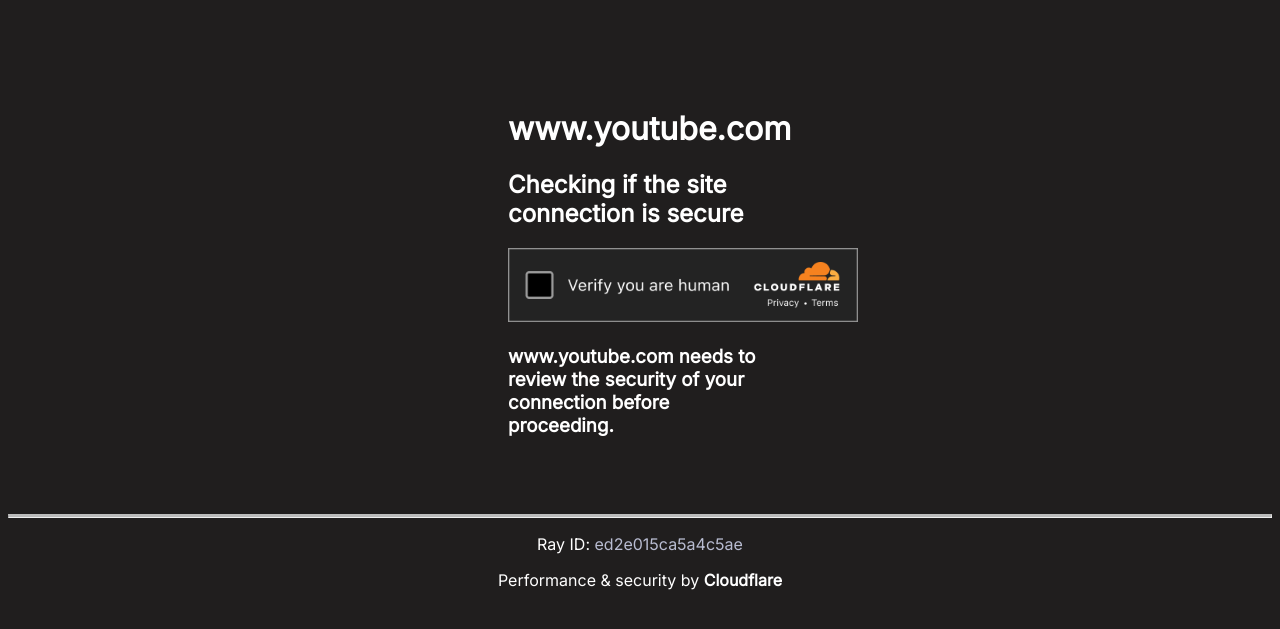
Repository: estech321/CAPTCHA-RickRoll
Page: index.html
An editor plug-in stored every save of this project. The page is shown before and after the next save, followed by the edit.
The browser window is 1280 px wide. The pictures show the whole page.

Above is the page before, as saved 2023-12-29 23:48:52.

### index.html
<!DOCTYPE html>
<html>
<head>
    <meta charset="UTF-8" />
    <title>Just a moment...</title>
    <link rel="preconnect" href="https://fonts.googleapis.com">
    <link rel="preconnect" href="https://fonts.gstatic.com" crossorigin>
    <link href="https://fonts.googleapis.com/css2?family=Inter&display=swap" rel="stylesheet">
    <style>
        body {
            font-family: 'Inter', sans-serif;
            color: rgb(255, 255, 255);
            background-color: #201E1E;
        }
        main {
            padding-top: 80px;
            padding-right: 500px;
            padding-bottom: 50px;
            padding-left: 500px;
        }

        blue {
            color: #B8BCD1;
        }
        /* Solid border */
        hr.solid {
        border-top: 3px solid #bbb;
        }
    </style>
</head>
<body>
    <main>
        <h1>www.youtube.com</h1>
        <h2>Checking if the site connection is secure</h2>
        <a href="https://bit.ly/rryt"><img src="verify.png" width="350" height="auto"/></a>
        <h3>www.youtube.com needs to review the security of your connection before proceeding.</h3>
    </main>
    <footer>
        <center>
            <hr class="solid">
            <p>Ray ID: <blue>ed2e015ca5a4c5ae</blue></p>
            <p>Performance & security by <strong>Cloudflare</strong></p>
        </center>
    </footer>
</body>
</html>

After the next save:
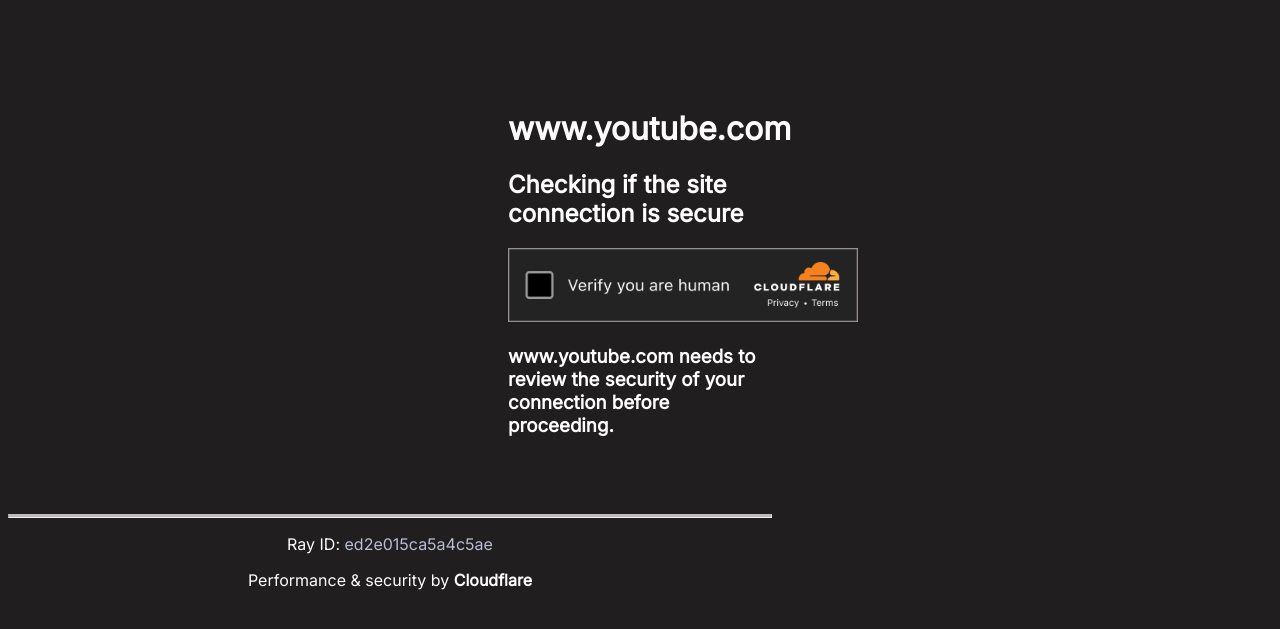
Saved 6 s later.
--- a/index.html
+++ b/index.html
@@ -18,7 +18,10 @@
             padding-bottom: 50px;
             padding-left: 500px;
         }
+        footer {
+            padding-right: 500px;
 
+        }
         blue {
             color: #B8BCD1;
         }
